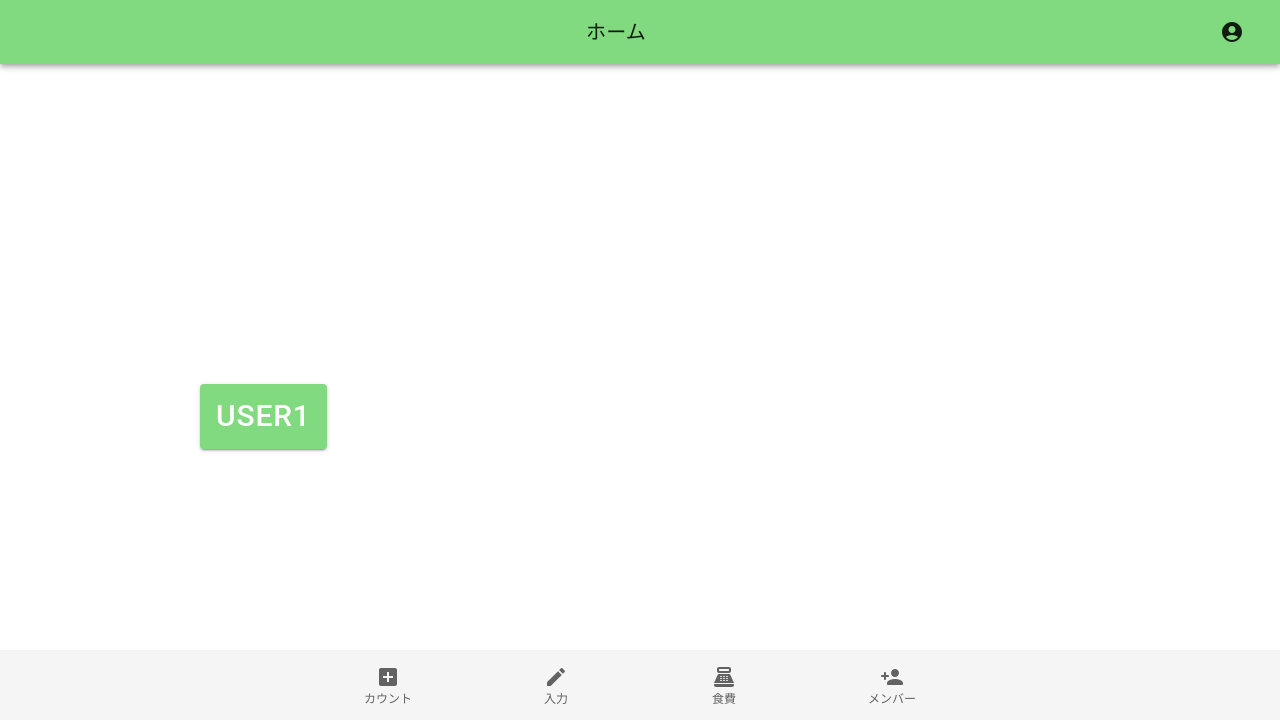
Repository: motohiro0410/motsufood
Page: /noteatingcount (app in frontend/)
The author's editor kept a copy of each file at every save. The page is drawn from the files as they stood at one save, then again after the next save.
The browser window is 1280 px wide. The pictures show the whole page.
The project was rebuilt for these pictures with package versions that can differ from the ones it lists, and the page was loaded fresh each time. Also part of the build but not shown: frontend/src/App.css, frontend/src/components/pages/Login.tsx, frontend/src/components/pages/Money.tsx, frontend/src/components/organisms/GroupHeader.tsx, frontend/src/components/pages/Group.tsx, frontend/src/components/organisms/SignInHeader.tsx, frontend/src/components/pages/SignIn.tsx, frontend/src/components/pages/Page404.tsx and 1 more.

Above is the page before, as saved 2022-08-11 16:14:12.

After the next save:
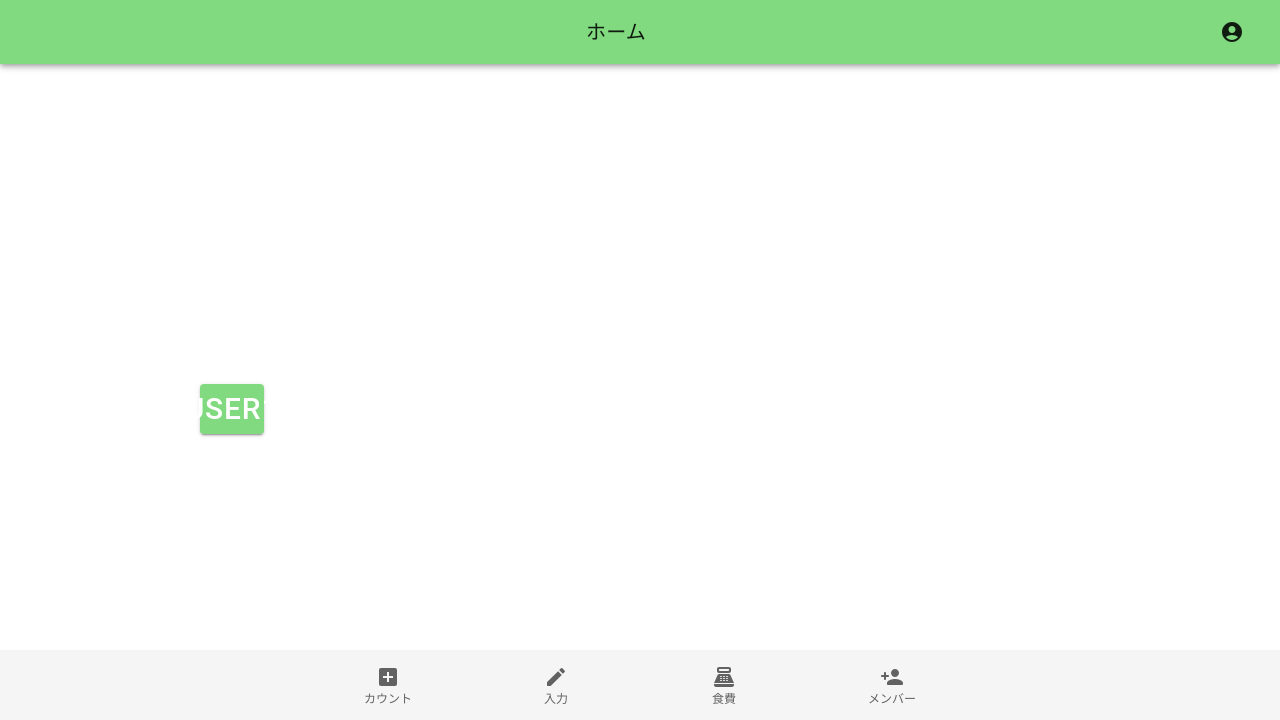
Saved 23 s later.
--- a/frontend/src/components/pages/notEatingCount.tsx
+++ b/frontend/src/components/pages/notEatingCount.tsx
@@ -18,8 +18,8 @@ export const NotEatingCount: FC = memo(() => {
     <>
       <MainHeader title={contexts[0].title} handleOpen={handleOpen} />
         <Grid  alignItems="center" sx={{ mt: 40, ml: 25 }} >
-          <Grid item sx={{ width: 50, height: 50 }}>
-            <Button variant="contained" sx={{ bgcolor: '#81da7f', color: "white", fontSize: '30px'  }}>user1</Button>
+          <Grid item>
+            <Button variant="contained" sx={{ bgcolor: '#81da7f', color: "white", fontSize: '30px', width: 50, height: 50 }}>user1</Button>
           </Grid>
         </Grid>
       <Footer />
